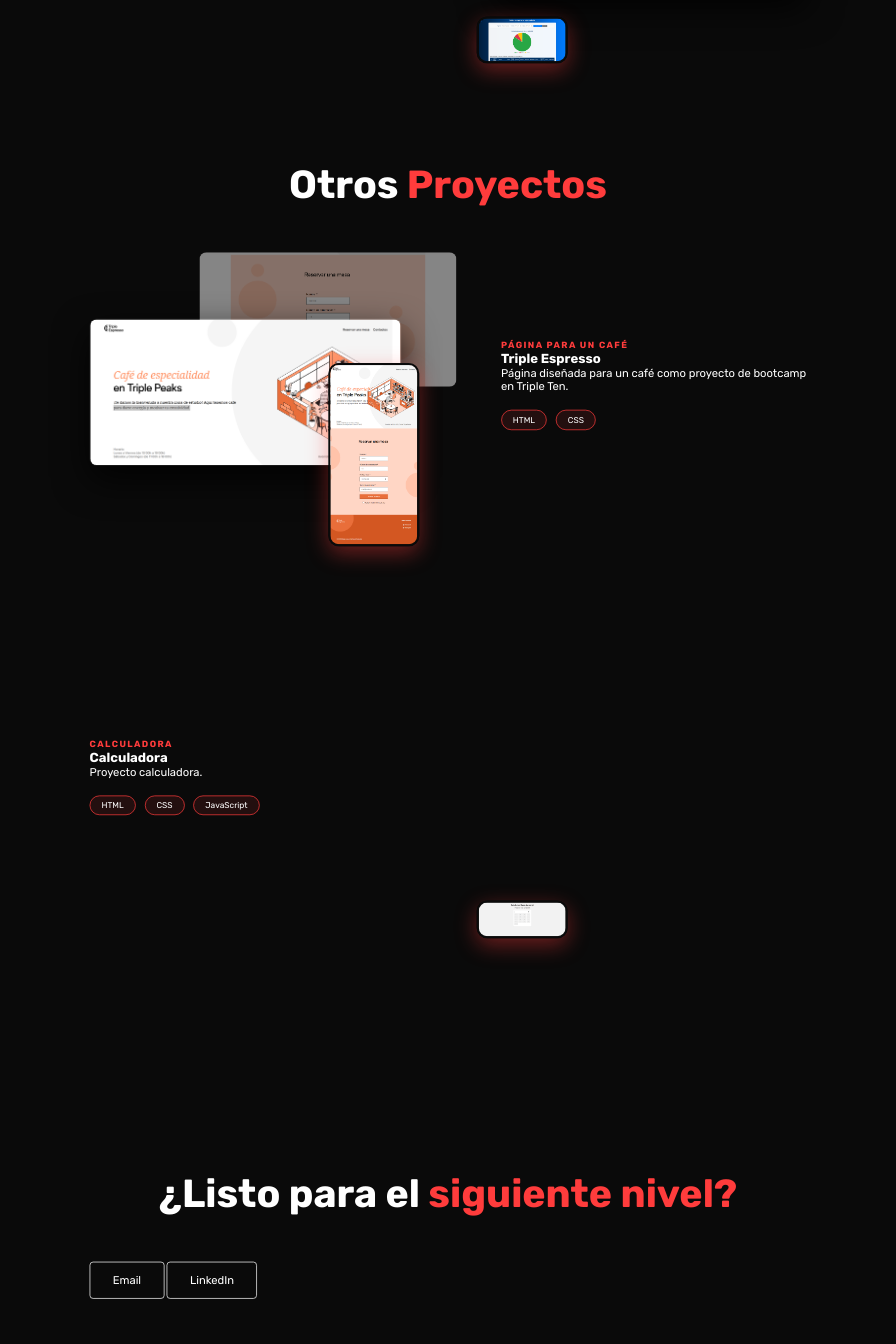
Repository: hercules830/Mi-portfolio-profesional
Page: index.html
An editor plug-in stored every save of this project. The page is shown before and after the next save, followed by the edit.
The browser window is 1280 px wide. The pictures show the part of the page from y = 2708 to 4628 px (the page is 4628 px tall), at 70% of full size.
Some web fonts or font styles are not loaded; a fallback is used.

Above is the page before, as saved 2026-05-30 20:54:09.

### index.html
<!DOCTYPE html>
<html lang="es">
  <head>
    <meta charset="UTF-8" />
    <meta name="viewport" content="width=device-width, initial-scale=1.0" />
    <link rel="stylesheet" href="styles.css" />
    <link rel="preconnect" href="https://fonts.googleapis.com" />
    <link rel="preconnect" href="https://fonts.gstatic.com" crossorigin />
    <link
      href="https://fonts.googleapis.com/css2?family=Rubik:wght@300;400;700&family=Rubik+Storm&display=swap"
      rel="stylesheet"
    />
    <title>Brayan Espinoza | Full Stack Developer</title>
  </head>
  <body>
    <header class="header">
      <nav class="nav">
        <div class="logo-container">
          <p class="logo">BRAYAN <span>ESPINOZA</span></p>
        </div>
        <ul class="links">
          <li><a class="link" href="#inicio">Inicio</a></li>
          <li><a class="link" href="#habilidades">Habilidades</a></li>
          <li><a class="link" href="#proyectos">Proyectos</a></li>
          <li><a class="link" href="#contacto">Contacto</a></li>
        </ul>
      </nav>

      <div class="description" id="inicio">
        <h1 class="header-title">Brayan</h1>
        <p class="my-description">Engineer + Full Stack Web Developer</p>
        <div class="cta-container">
          <a href="#proyectos" class="btn-primary">Ver Proyectos</a>
          <a href="#contacto" class="btn-secondary">Contáctame</a>
        </div>
      </div>
    </header>

    <section class="section" id="habilidades">
      <h2 class="section-title">Habilidades <span>Técnicas</span></h2>
      <div class="skills-grid">
        <div class="skill-card">
          <h3>Backend</h3>
          <p>PHP, Laravel, Node.js, MySQL, ORM, REST APIs</p>
        </div>
        <div class="skill-card">
          <h3>Frontend</h3>
          <p>JavaScript (ES6+), React, HTML5, CSS3, TypeScript</p>
        </div>
        <div class="skill-card">
          <h3>Herramientas</h3>
          <p>Git, Postman, SCRUM, arquitectura de bases de datos</p>
        </div>
      </div>
    </section>

    <section class="section" id="proyectos">
      <h2 class="section-title">
        Proyecto
        <span
          >NexaControl: SaaS para la gestión de vacaciones y horario
          laboral</span
        >
      </h2>

      <!-- PROYECTO 1: NEXACONTROL (Tecnologías originales) -->
      <div class="featured-project">
        <div class="featured-img-container">
          <img
            src="assets/img/projects/indexNexa.png"
            alt="Nexacontrol Landing"
            class="img-lead zoomable"
          />
          <img
            src="assets/img/projects/panelJefeAreaNexa.png"
            alt="Nexacontrol Panel"
            class="img-panel zoomable"
          />
          <img
            src="assets/img/projects/indexNexaPhone.png"
            alt="Nexacontrol Mobile"
            class="img-phone zoomable"
          />
        </div>
        <div class="featured-info">
          <span class="tag">SaaS Ecosystem</span>
          <h3>Nexacontrol</h3>
          <p>
            Plataforma integral de gestión de capital humano. Automatiza
            cálculos de legislación laboral, control de asistencia y flujos de
            aprobación para RRHH.
          </p>
          <div class="tech-stack">
            <span>PHP</span><span>Laravel</span><span>JavaScript</span
            ><span>MySQL</span>
          </div>
          <div class="actions">
            <a
              href="https://nexacontrolapp.com"
              target="_blank"
              class="btn-primary"
              >Visitar Sitio</a
            >
          </div>
        </div>
      </div>

      <h2 class="section-title">
        Proyecto
        <span>Extracurriculares Cuyuch: ERP y CRM para administración</span>
      </h2>
      <!-- PROYECTO 2: CUYUCH (PHP Puro / Vanilla) -->
      <div class="featured-project reverse">
        <div class="featured-info">
          <span class="tag">Vanilla PHP System</span>
          <h3>Cuyuch Business</h3>
          <p>
            Sistema administrativo robusto desarrollado con PHP Puro.
            Especializado en gestión de inventarios y visualización de
            analíticas de negocio mediante gráficas interactivas.
          </p>
          <div class="tech-stack">
            <span>PHP Nativo</span><span>MySQL</span><span>phpMyAdmin</span
            ><span>Charts.js</span>
          </div>
        </div>
        <div class="featured-img-container">
          <img
            src="assets/img/projects/indexCuyuch.png"
            alt="Cuyuch Home"
            class="img-lead zoomable"
          />
          <img
            src="assets/img/projects/panelCuyuch.png"
            alt="Cuyuch Admin"
            class="img-panel zoomable"
          />
          <img
            src="assets/img/projects/graficaCuyuch.png"
            alt="Cuyuch Stats"
            class="img-phone zoomable"
          />
        </div>
      </div>

      <h2 class="section-title">
        Otros
        <span>Proyectos</span>
      </h2>

      <!-- PROYECTO 3: Triple Expresso (HTML, CSS) -->
      <div class="featured-project">
        <div class="featured-img-container">
          <img
            src="assets/img/projects/headTripleExpresso.png"
            alt="Cuyuch Home"
            class="img-lead zoomable"
          />
          <img
            src="assets/img/projects/formTripleEspresso.png"
            alt="Cuyuch Admin"
            class="img-panel zoomable"
          />
          <img
            src="assets/img/projects/phoneTripleEspresso.png"
            alt="Cuyuch Stats"
            class="img-phone zoomable"
          />
        </div>
        <div class="featured-info">
          <span class="tag">Página para un Café</span>
          <h3>Triple Espresso</h3>
          <p>
            Página diseñada para un café como proyecto de bootcamp en Triple
            Ten.
          </p>
          <div class="tech-stack"><span>HTML</span><span>CSS</span></div>
        </div>
      </div>

      <!-- PROYECTO 4: Calculadora-->
      <div class="featured-project reverse">
        <div class="featured-info">
          <span class="tag">Calculadora</span>
          <h3>Calculadora</h3>
          <p>Proyecto calculadora.</p>
          <div class="tech-stack">
            <span>HTML</span><span>CSS</span><span>JavaScript</span>
          </div>
        </div>
        <div class="featured-img-container">
          <img
            src="assets/img/projects/calculadora.png"
            alt="Cuyuch Stats"
            class="img-phone zoomable"
          />
        </div>
      </div>
    </section>

    <!-- MODAL PARA ZOOM (Lightbox) -->
    <div id="imageModal" class="modal">
      <span class="close">&times;</span>
      <img class="modal-content" id="imgFull" />
    </div>

    <footer class="section" id="contacto">
      <h2 class="section-title">
        ¿Listo para el <span>siguiente nivel?</span>
      </h2>
      <div class="social-links">
        <a href="mailto:musicabjhe830@gmail.com" class="btn-secondary">Email</a>
        <a
          href="https://www.linkedin.com/in/brayan-espinoza-57191512a"
          target="_blank"
          class="btn-secondary"
          >LinkedIn</a
        >
      </div>
    </footer>

    <script src="script.js"></script>
  </body>
</html>

### styles.css
:root {
  --primary-red: #ff3c3c;
  --dark-bg: #0a0a0a;
  --card-bg: #141414;
  --text-white: #ffffff;
  --gray-text: #b3b3b3;
}

* {
  margin: 0;
  padding: 0;
  box-sizing: border-box;
  scroll-behavior: smooth;
}
body {
  background-color: var(--dark-bg);
  color: var(--text-white);
  font-family: "Rubik", sans-serif;
  overflow-x: hidden;
}

/* --- HEADER --- */
.header {
  height: 100vh;
  background: linear-gradient(to bottom, transparent 60%, var(--dark-bg) 100%),
    linear-gradient(rgba(0, 0, 0, 0.5), rgba(0, 0, 0, 0.5)),
    url("assets/background.jpg");
  background-size: cover;
  background-position: center;
  display: flex;
  flex-direction: column;
}
.nav {
  display: flex;
  justify-content: space-between;
  padding: 2rem 5%;
  align-items: center;
}
.logo {
  font-weight: bold;
  letter-spacing: 2px;
}
.logo span {
  color: var(--primary-red);
}
.links {
  display: flex;
  list-style: none;
  gap: 2rem;
}
.link {
  color: white;
  text-decoration: none;
  font-size: 0.9rem;
  transition: 0.3s;
}
.link:hover {
  color: var(--primary-red);
}

.description {
  flex: 1;
  display: flex;
  flex-direction: column;
  justify-content: center;
  padding-left: 10%;
}
.header-title {
  font-family: "Rubik Storm", cursive;
  font-size: clamp(4rem, 10vw, 8rem);
  color: var(--primary-red);
  text-shadow: 0 0 30px rgba(255, 60, 60, 0.4);
}
.my-description {
  font-size: 1.5rem;
  color: var(--gray-text);
  margin-bottom: 2rem;
}

/* --- BOTONES --- */
.btn-primary {
  background: var(--primary-red);
  color: white;
  padding: 1rem 2rem;
  text-decoration: none;
  border-radius: 5px;
  transition: 0.3s;
  display: inline-block;
}
.btn-secondary {
  border: 1px solid white;
  color: white;
  padding: 1rem 2rem;
  text-decoration: none;
  border-radius: 5px;
  transition: 0.3s;
  display: inline-block;
}
.btn-primary:hover {
  transform: scale(1.05);
  box-shadow: 0 0 20px rgba(255, 60, 60, 0.4);
}

/* --- SECCIONES --- */
.section {
  padding: 8rem 10% 4rem 10%;
}
.section-title {
  font-size: clamp(2rem, 5vw, 3.5rem);
  margin-bottom: 4rem;
  text-align: center;
}
.section-title span {
  color: var(--primary-red);
}

.skills-grid {
  display: grid;
  grid-template-columns: repeat(auto-fit, minmax(280px, 1fr));
  gap: 2rem;
}
.skill-card {
  background: var(--card-bg);
  padding: 3rem;
  border-radius: 15px;
  border-left: 5px solid var(--primary-red);
  transition: 0.3s;
}
.skill-card h3 {
  margin-bottom: 1rem;
  color: var(--primary-red);
}

/* --- SHOWCASE DE PROYECTOS --- */
.featured-project {
  display: grid;
  grid-template-columns: 1.2fr 1fr;
  gap: 4rem;
  margin-bottom: 10rem;
  align-items: center;
}
.featured-project.reverse {
  grid-template-columns: 1fr 1.2fr;
}

.featured-img-container {
  position: relative;
  height: 400px;
  display: flex;
  align-items: center;
}
.img-lead {
  width: 85%;
  border-radius: 10px;
  box-shadow: 0 20px 50px rgba(0, 0, 0, 0.8);
  z-index: 2;
  transition: 0.5s;
  cursor: pointer;
  border: 1px solid rgba(255, 255, 255, 0.1);
}
.img-panel {
  position: absolute;
  top: 0;
  right: 0;
  width: 70%;
  border-radius: 10px;
  z-index: 1;
  opacity: 0.5;
  filter: blur(1px);
  transition: 0.5s;
  cursor: pointer;
}
.img-phone {
  position: absolute;
  bottom: -20px;
  right: 10%;
  width: 130px;
  z-index: 3;
  border: 3px solid var(--dark-bg);
  border-radius: 15px;
  box-shadow: 0 10px 30px rgba(255, 60, 60, 0.4);
  transition: 0.5s;
  cursor: pointer;
}

/* Inversión de imágenes para el modo reverse */
.reverse .img-lead {
  margin-left: auto;
}
.reverse .img-panel {
  left: 0;
  right: auto;
}
.reverse .img-phone {
  left: 10%;
  right: auto;
}

.featured-project:hover .img-lead {
  transform: translateX(-10px);
}
.featured-project:hover .img-panel {
  opacity: 1;
  filter: blur(0);
  transform: translate(10px, -10px);
}
.featured-project:hover .img-phone {
  transform: scale(1.1);
}

.tag {
  color: var(--primary-red);
  font-weight: bold;
  font-size: 0.8rem;
  letter-spacing: 2px;
  text-transform: uppercase;
}
.tech-stack {
  margin: 1.5rem 0;
  display: flex;
  gap: 0.8rem;
  flex-wrap: wrap;
}
.tech-stack span {
  background: rgba(255, 60, 60, 0.1);
  padding: 0.4rem 1rem;
  border-radius: 20px;
  border: 1px solid var(--primary-red);
  font-size: 0.75rem;
}

/* --- MODAL (ZOOM) --- */
.modal {
  display: none;
  position: fixed;
  z-index: 1000;
  padding-top: 50px;
  left: 0;
  top: 0;
  width: 100%;
  height: 100%;
  background-color: rgba(0, 0, 0, 0.9);
}
.modal-content {
  margin: auto;
  display: block;
  width: 80%;
  max-width: 1200px;
  border-radius: 10px;
  border: 2px solid var(--primary-red);
}
.close {
  position: absolute;
  top: 15px;
  right: 35px;
  color: #f1f1f1;
  font-size: 40px;
  font-weight: bold;
  cursor: pointer;
}

@media (max-width: 1000px) {
  .featured-project,
  .featured-project.reverse {
    grid-template-columns: 1fr;
    gap: 2rem;
  }
  .featured-img-container {
    height: 300px;
    order: -1;
  }
  .featured-info {
    text-align: center;
  }
  .tech-stack {
    justify-content: center;
  }
}

### script.js
document.addEventListener("DOMContentLoaded", () => {
  // 1. Lógica del Modal (Zoom de Imágenes)
  const modal = document.getElementById("imageModal");
  const modalImg = document.getElementById("imgFull");
  const span = document.getElementsByClassName("close")[0];

  document.querySelectorAll(".zoomable").forEach((img) => {
    img.onclick = function () {
      modal.style.display = "block";
      modalImg.src = this.src;
    };
  });

  span.onclick = function () {
    modal.style.display = "none";
  };

  modal.onclick = function (event) {
    if (event.target == modal) {
      modal.style.display = "none";
    }
  };

  // 2. Efecto Revelado al hacer Scroll (Intersection Observer)
  const observerOptions = { threshold: 0.1 };
  const observer = new IntersectionObserver((entries) => {
    entries.forEach((entry) => {
      if (entry.isIntersecting) {
        entry.target.style.opacity = "1";
        entry.target.style.transform = "translateY(0)";
      }
    });
  }, observerOptions);

  document.querySelectorAll(".section, .featured-project").forEach((el) => {
    el.style.opacity = "0";
    el.style.transform = "translateY(40px)";
    el.style.transition = "all 0.8s ease-out";
    observer.observe(el);
  });
});

After the next save:
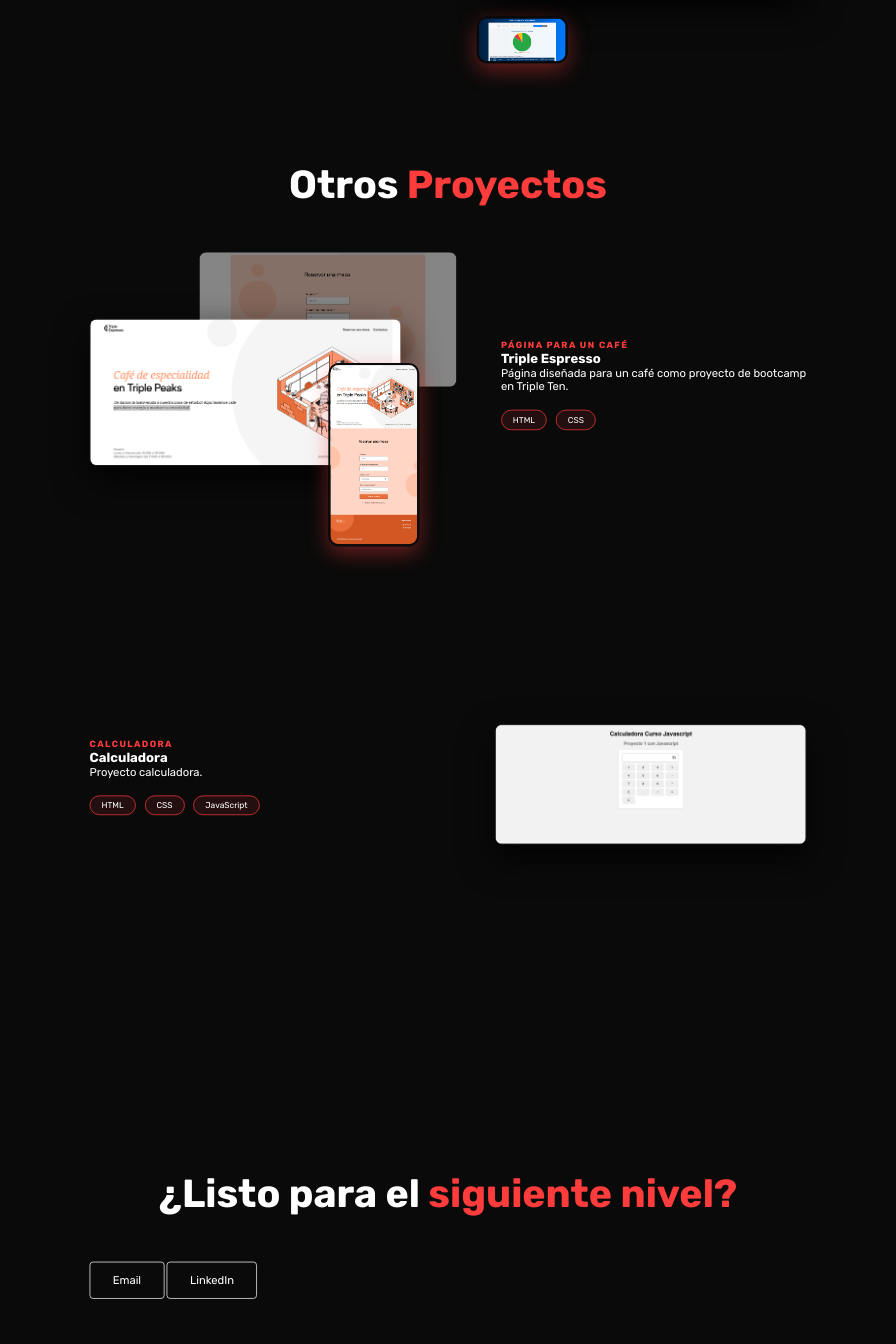
Saved 51 s later.
--- a/index.html
+++ b/index.html
@@ -192,7 +192,7 @@
           <img
             src="assets/img/projects/calculadora.png"
             alt="Cuyuch Stats"
-            class="img-phone zoomable"
+            class="img-lead zoomable"
           />
         </div>
       </div>
